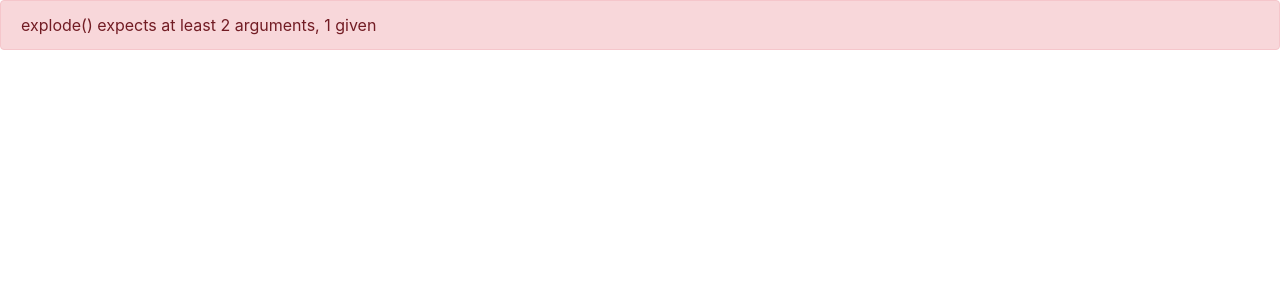
Repository: Alex-Serky/Back_End_PHP
Page: http://localhost/Apprendre le PHP/2MiniProjet/meteo.php
These files come from the project's save history. The page is drawn as it stood at one moment and after the next save; the edit follows.
The browser window is 1280 px wide. The pictures show the whole page.
The page is run by PHP 8.4 with error messages shown; the project is at /var/www/html/.

Above is the page before, as saved 2020-07-30 19:43:02.

### Apprendre le PHP/2MiniProjet/meteo.php
<?php

declare(strict_types = 1); // Rend PHP plus strict dans le traitement des erreurs
require_once 'class/OpenWeather.php';
$weather = new OpenWeather('94c6cf0868fa5cb930a5e2d71baf0dbf');
$error = null;
try {
    $data = explode(' ');
    $forecast = $weather->getForecast('La Roche-sur-Yon,fr');
    $today = $weather->getToday('La Roche-sur-Yon,fr');
} catch (Exception | Error $e) {
    $error = $e->getMessage();
}

require_once 'elements/header.php';
?>

<?php if ($error) : ?>
    <div class="alert alert-danger">
        <?= $error ?>
    </div>
<?php else : ?>
    <div class="container">
        <ul>
            <li>En ce moment <?= $today['description'] ?> <?= $today['temp'] ?>°C</li>
            <?php foreach ($forecast as $day) : ?>
                <li><?= $day['date']->format('d/m/Y') ?> <?= $day['description'] ?> <?= $day['temp'] ?>°C</li>
            <?php endforeach ?>
        </ul>
    </div>
<?php endif ?>

<?php require_once 'elements/footer.php'; ?>

### Apprendre le PHP/2MiniProjet/class/OpenWeather.php
<?php

require_once 'CurlException.php';
require_once 'HTTPException.php';
require_once 'UnauthorizedHTTPException.php';
class OpenWeather {

    private $apiKey;

    public function __construct(string $apiKey)
    {
        $this->apiKey = $apiKey;
    }

    public function getToday(string $city): ?array
    {
        $data = $this->callAPI("weather?q={$city}");
        return [
            'temp' => $data['main']['temp'],
            'description' => $data['weather'][0]['description'],
            'date' => new DateTime()
        ];
    }

    public function getForecast(string $city): ?array
    {
        $data = $this->callAPI("forecast/daily?q={$city}");
        foreach($data['list'] as $day) {
            $results[] = [
                'temp' => $day['temp']['day'],
                'description' => $day['weather'][0]['description'],
                'date' => new DateTime('@' . $day['dt'])
            ];
        }
        return $results;
    }

    private function callAPI(string $endpoint): ?array
    {
        $curl = curl_init("http://api.openweathermap.org/data/2.5/{$endpoint}&units=metric&lang=fr&APPID={$this->apiKey}&units=metric&lang=fr");
        curl_setopt_array($curl, [
            CURLOPT_RETURNTRANSFER => true,
            CURLOPT_CAINFO => dirname(__DIR__) . DIRECTORY_SEPARATOR . 'cert.cer',
            CURLOPT_TIMEOUT => 1
        ]);
        $data = curl_exec($curl);
        if ($data === false) {
            throw new CurlException($curl);
        }
        $code = curl_getinfo($curl, CURLINFO_HTTP_CODE);
        if ($code !== 200) {
            curl_close($curl);
            if ($code === 401) {
                $data = json_decode($data, true); // True pour avoir un tableau associatif
                throw new UnauthorizedHTTPException($data['message'], 401);
            }
            throw new HTTPException($data, $code);
        }
        curl_close($curl);
        return json_decode($data, true);
    }

}

### Apprendre le PHP/2MiniProjet/class/CurlException.php
<?php

class CurlException extends Exception
{
    public function __construct($curl)
    {
        $this->message = curl_error($curl);
        curl_close($curl);
    }
}

### Apprendre le PHP/2MiniProjet/class/HTTPException.php
<?php

class HTTPException extends Exception
{

}

### Apprendre le PHP/2MiniProjet/class/UnauthorizedHTTPException.php
<?php

class UnauthorizedHTTPException extends HTTPException
{

}

### Apprendre le PHP/2MiniProjet/elements/header.php
<!DOCTYPE html>
<html lang="en">

<head>
    <meta charset="UTF-8">
    <meta name="viewport" content="width=device-width, initial-scale=1.0">
    <link rel="stylesheet" href="https://stackpath.bootstrapcdn.com/bootstrap/4.5.0/css/bootstrap.min.css"
    integrity="sha384-9aIt2nRpC12Uk9gS9baDl411NQApFmC26EwAOH8WgZl5MYYxFfc+NcPb1dKGj7Sk" crossorigin="anonymous">
    <title><?= $title ?? 'Mon site' ?></title>
</head>

<body>

Loaded but not shown: Apprendre le PHP/2MiniProjet/elements/footer.php (common file)

After the next save:
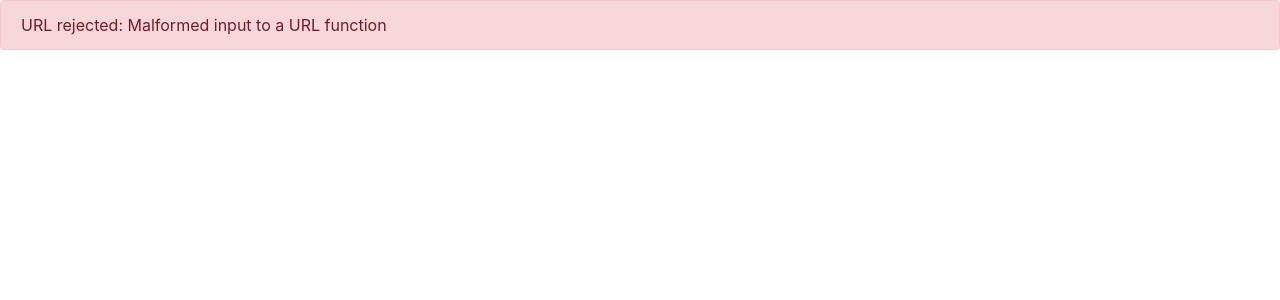
Saved 17 s later.
--- a/Apprendre le PHP/2MiniProjet/meteo.php
+++ b/Apprendre le PHP/2MiniProjet/meteo.php
@@ -5,7 +5,6 @@ require_once 'class/OpenWeather.php';
 $weather = new OpenWeather('94c6cf0868fa5cb930a5e2d71baf0dbf');
 $error = null;
 try {
-    $data = explode(' ');
     $forecast = $weather->getForecast('La Roche-sur-Yon,fr');
     $today = $weather->getToday('La Roche-sur-Yon,fr');
 } catch (Exception | Error $e) {
